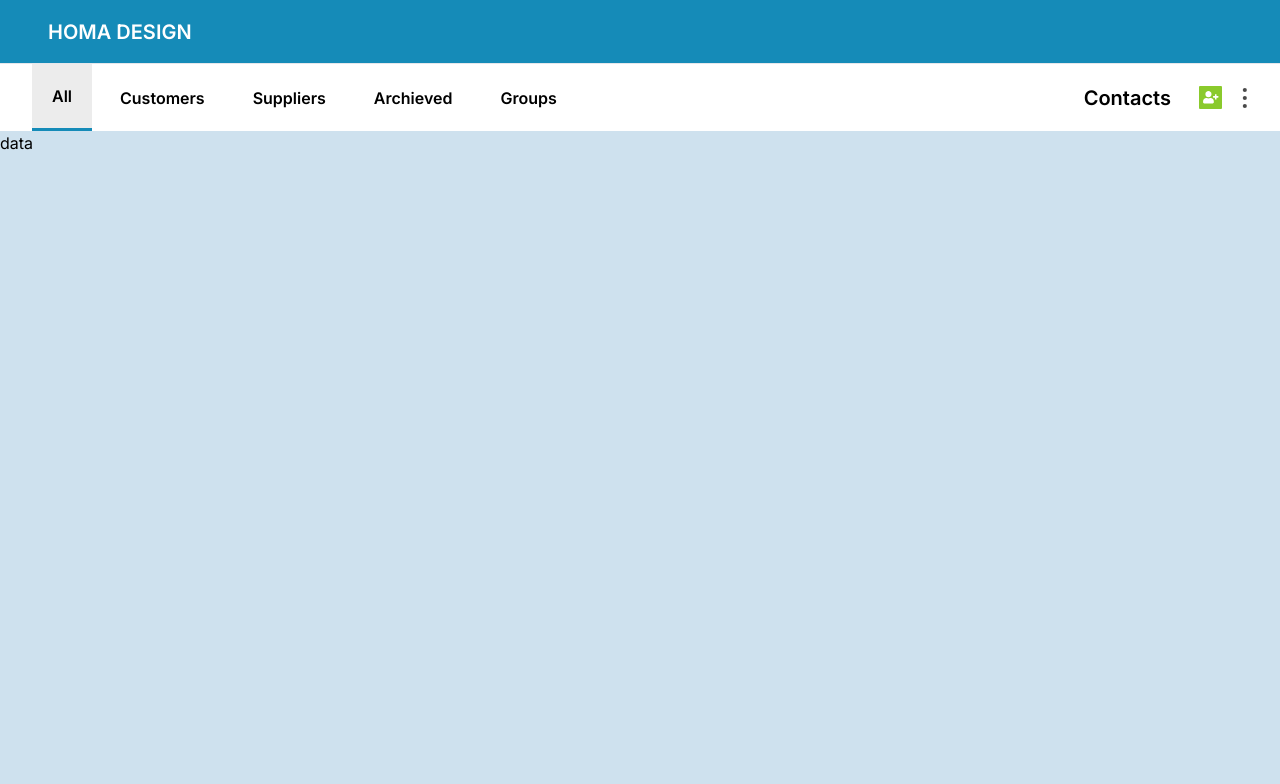
Repository: khairul35/homa-FE
Page: /contact
An editor plug-in stored every save of this project. The page is shown before and after the next save, followed by the edit.
The browser window is 1280 px wide. The pictures show the whole page.
The project was rebuilt for these pictures with package versions that can differ from the ones it lists, and the page was loaded fresh each time. The framework's server and built-in components were replaced by stand-ins that run in the browser. Also part of the build but not shown: next.config.js, app/components/layout/header/BusinessMenu.tsx, app/components/layout/header/CompanyMenu.tsx.

Above is the page before, as saved 2024-01-06 10:26:55.

After the next save:
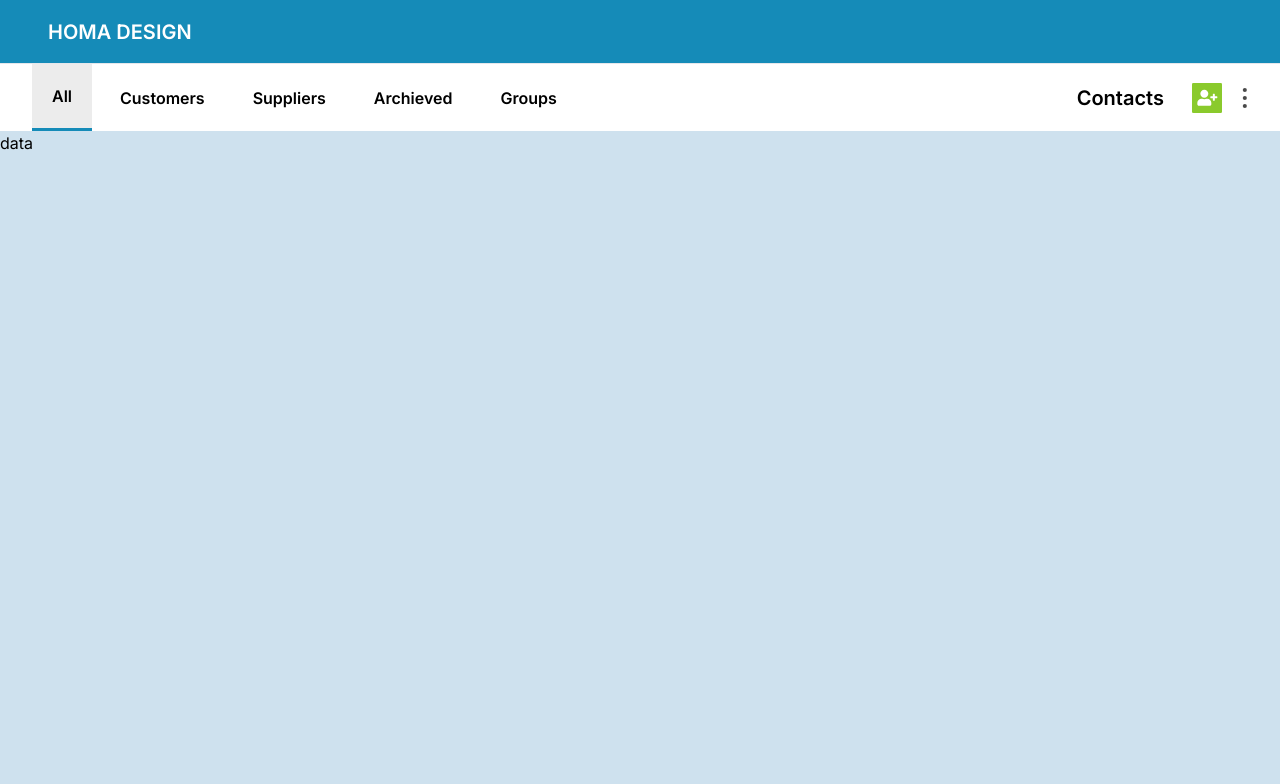
Saved 2 min 47 s later.
--- a/app/contact/index.component.tsx
+++ b/app/contact/index.component.tsx
@@ -57,7 +57,7 @@ const Component = (props: ComponentProps) => {
                                 </h2>
                                 <div className="flex items-center ml-2">
                                     <button className="ml-5">
-                                        <svg xmlns="http://www.w3.org/2000/svg" width="23" height="23" viewBox="0 0 45 45" fill="none">
+                                        <svg xmlns="http://www.w3.org/2000/svg" width="30" height="30" viewBox="0 0 45 45" fill="none">
                                             <rect width="45" height="45" rx="2" fill="#8ACA2C"/>
                                             <path d="M37.25 19.75H34.25V16.75C34.25 16.3375 33.9125 16 33.5 16H32C31.5875 16 31.25 16.3375 31.25 16.75V19.75H28.25C27.8375 19.75 27.5 20.0875 27.5 20.5V22C27.5 22.4125 27.8375 22.75 28.25 22.75H31.25V25.75C31.25 26.1625 31.5875 26.5 32 26.5H33.5C33.9125 26.5 34.25 26.1625 34.25 25.75V22.75H37.25C37.6625 22.75 38 22.4125 38 22V20.5C38 20.0875 37.6625 19.75 37.25 19.75ZM18.5 22C21.8141 22 24.5 19.3141 24.5 16C24.5 12.6859 21.8141 10 18.5 10C15.1859 10 12.5 12.6859 12.5 16C12.5 19.3141 15.1859 22 18.5 22ZM22.7 23.5H21.9172C20.8766 23.9781 19.7188 24.25 18.5 24.25C17.2812 24.25 16.1281 23.9781 15.0828 23.5H14.3C10.8219 23.5 8 26.3219 8 29.8V31.75C8 32.9922 9.00781 34 10.25 34H26.75C27.9922 34 29 32.9922 29 31.75V29.8C29 26.3219 26.1781 23.5 22.7 23.5Z" fill="white"/>
                                         </svg>
